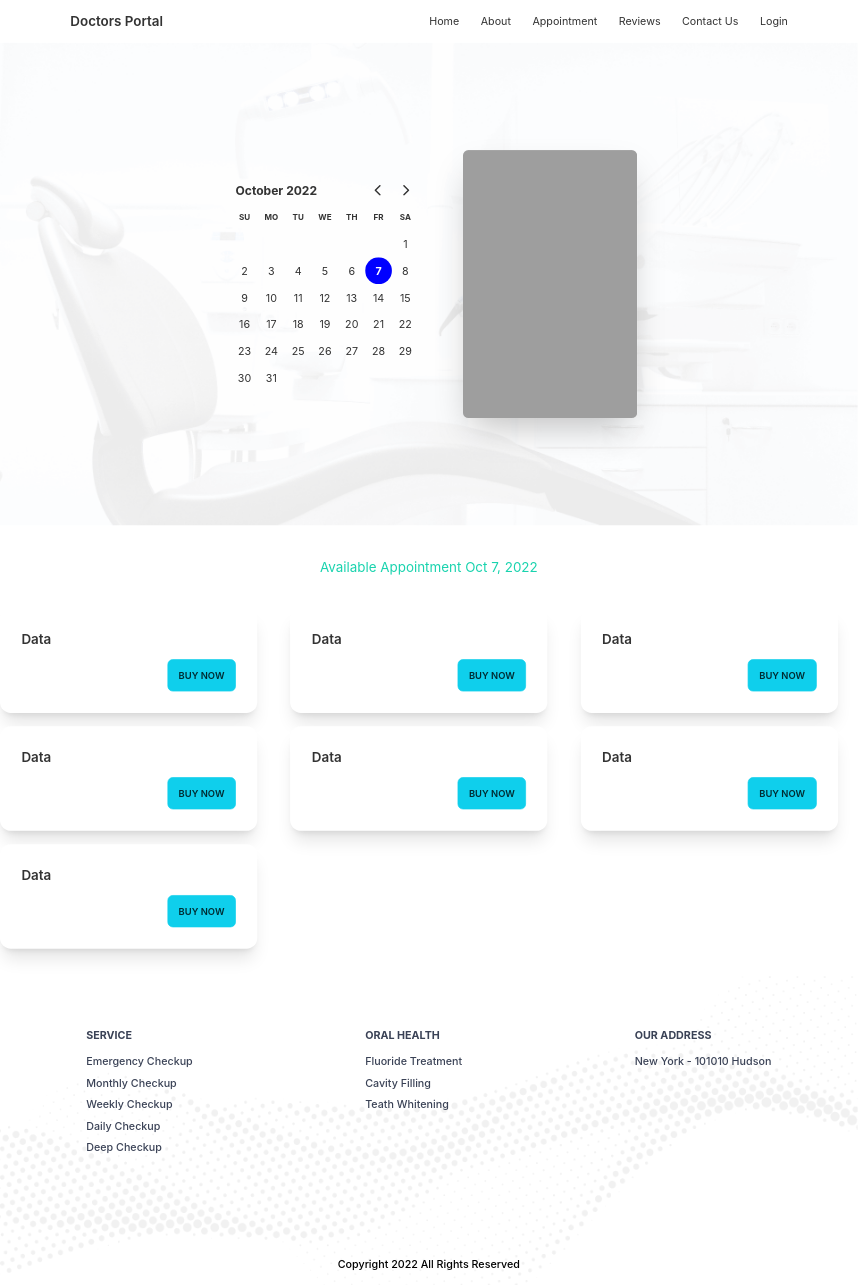
Repository: shikubro90/doctorsportal
Page: /appointment
These files come from the project's save history. The page is drawn as it stood at one moment and after a run of saves; the edit follows.
The browser window is 1280 px wide. The pictures show the whole page, at 67% of full size.
Pictures or frames that could not be fetched are drawn as grey boxes. The project was rebuilt for these pictures with package versions that can differ from the ones it lists, and the page was loaded fresh each time. Also part of the build but not shown: src/App.css, src/Pages/About/About.jsx, src/Shared/ButtonPrimary.jsx, src/Pages/Home/AppointmentCard.jsx, src/Pages/Home/AppointmentSection.jsx, src/Pages/Home/Banner.jsx, src/Pages/Home/MiniCard.jsx, src/Pages/Home/BasicInfo.jsx and 6 more.

Above is the page before, as saved 2022-10-07 14:00:29.

### src/App.js
import { Route, Routes } from 'react-router-dom';
import './App.css';
import About from './Pages/About/About';
import Appointment from './Pages/Appointment/Appointment';
import FooterSection from './Pages/Home/FooterSection';
import Home from './Pages/Home/Home';
import Navbar from './Shared/Navbar';

function App() {
  return (
    <div className="App">
      <Navbar/>
      <Routes>
        <Route path='/' element={<Home/>}/>
        <Route path='/home' element={<Home/>}/>
        <Route path='/about' element={<About/>}/>
        <Route path='/appointment' element={<Appointment/>}/>
      </Routes>
      <FooterSection/>
    </div>
  );
}

export default App;

### src/Pages/Appointment/Appointment.jsx
import { useState } from 'react'
import AppointmentBanner from './AppointmentBanner'
import AvailableAppointment from './AvailableAppointment'

const Appointment = () => {

  const [date, setDate] = useState(new Date())
  return (
    <div>
      <AppointmentBanner date={date} setDate={setDate}/>
      <AvailableAppointment date={date}/>
    </div>
  )
}

export default Appointment

### src/Pages/Home/FooterSection.jsx
import React from 'react'
import FooterSingleCard from './FooterSingleCard'
import { footerData } from '../../assets/resourse/Resourse'
import footerBg from '../../assets/images/footer.png'

const FooterSection = () => {
  return (
    <div
      className="main"
      style={{
        background: `url(${footerBg})`,
        backgroundSize: 'cover',
        backgroundPositionY: 'center',
      }}
    >
      <div className="lg:flex items-start justify-around py-[76px]">
        {footerData.map(({ id, title, list }) => {
          return <FooterSingleCard key={id} title={title} list={list} />
        })}
      </div>
      <div className="copyWrite flex items-center justify-center py-5 text-black font-medium">
        <span>Copyright 2022 All Rights Reserved</span>
      </div>
    </div>
  )
}

export default FooterSection

### src/Shared/Navbar.jsx
import React from 'react'
import { Link } from 'react-router-dom'

const Navbar = () => {
  return (
    <div className="lg:px-20">
      <div className="navbar bg-base-100">
        <div className="navbar-start">

          <div className="dropdown">
            <label tabIndex={0} className="btn btn-ghost lg:hidden">
              <svg
                xmlns="http://www.w3.org/2000/svg"
                className="h-5 w-5"
                fill="none"
                viewBox="0 0 24 24"
                stroke="currentColor"
              >
                <path
                  strokeLinecap="round"
                  strokeLinejoin="round"
                  strokeWidth="2"
                  d="M4 6h16M4 12h16M4 18h16"
                />
              </svg>
            </label>
            <ul
              tabIndex={0}
              className="menu menu-compact dropdown-content mt-3 p-2 shadow bg-base-100 rounded-box w-52"
            >
              <li>
                <Link to="/home">Home</Link>
              </li>
              <li>
                <Link to="/about">About</Link>
              </li>
              <li>
                <Link to="/appointment">Appointment</Link>
              </li>
              <li>
                <Link to="/review">Reviews</Link>
              </li>
              <li>
                <Link to="/contact">Contact Us</Link>
              </li>
              <li>
                <Link to="/contact">Login</Link>
              </li>
            </ul>
          </div>
          <Link to="/" className="btn btn-ghost normal-case text-xl">
            Doctors Portal
          </Link>
        </div>

        <div className="navbar-center hidden lg:flex">
          <ul className="menu menu-horizontal p-0 pl-20">
            <li>
              <Link to="/home">Home</Link>
            </li>
            <li>
              <Link to="/about">About</Link>
            </li>
            <li>
              <Link to="/appointment">Appointment</Link>
            </li>
            <li>
              <Link to="/review">Reviews</Link>
            </li>
            <li>
              <Link to="/contact">Contact Us</Link>
            </li>
            <li>
              <Link to="/contact">Login</Link>
            </li>
          </ul>
        </div>
      </div>
    </div>
  )
}

export default Navbar

### src/Pages/Appointment/AppointmentBanner.jsx
import bg from '../../assets/images/bg.png'
import { DayPicker } from 'react-day-picker'
import 'react-day-picker/dist/style.css'

const AppointmentBanner = ({date, setDate}) => {

  return (
    <div
      className="hero min-h-screen bg-base-200"
      style={{ background: `url(${bg})`, backgroundSize: 'cover' }}
    >
      <div className="hero-content flex-col lg:flex-row-reverse gap-[50px]">
        <img
          src="https://placeimg.com/260/400/arch"
          className="max-w-md rounded-lg shadow-2xl"
          alt="banner"
        />
        <div>
          <DayPicker mode="single" selected={date} onSelect={setDate} />
        </div>
      </div>
    </div>
  )
}

export default AppointmentBanner

### src/Pages/Appointment/AvailableAppointment.jsx
import format from 'date-fns/format'
import { useEffect, useState } from 'react'
import Services from './Services'

const AvailableAppointment = ({ date }) => {
  const [serviceData, setServiceData] = useState([])

  useEffect(() => {
    fetch('Services.json')
      .then((res) => {
        return res.json()
      })
      .then((data) => {
        return setServiceData(data)
      })
  }, [])

  return (
    <div className="my-10">
      <h3 className="my-12 text-xl text-secondary text-center">
        Available Appointment {format(date, 'PP')}{' '}
      </h3>
      <div className="grid grid-cols-1 md:grid-cols-2 lg:grid-cols-3 gap-5">
        {serviceData.map((service) => {
          return (
            <div key={service._id} className="div">
              <Services services={service}/>
            </div>
          )
        })}
      </div>
    </div>
  )
}

export default AvailableAppointment

### src/Pages/Home/FooterSingleCard.jsx
import React from 'react'
import { Link } from 'react-router-dom'

const FooterSingleCard = (props) => {
  const { title, list } = props
  return (
    <div className="sm:mb-[50px] main flex justify-start items-start">
      <div className="container flex flex-col">
        <div className="title font-bold text-accent uppercase lg:mb-3">{title}</div>
        <div className="list">
          <ul>
            {list.map(({ id, item }) => {
              return (
                <div key={id}>
                  <li className='text-accent py-1 lg:font-medium'><Link to="/">{item}</Link></li>
                </div>
              )
            })}
          </ul>
        </div>
      </div>
    </div>
  )
}

export default FooterSingleCard

### src/assets/resourse/Resourse.js
import clock from '../icons/clock.svg'
import marker from '../icons/marker.svg'
import phone from '../icons/phone.svg'

import cavity from '../images/cavity.png'
import fluorid from '../images/fluoride.png'
import whitening from '../images/whitening.png'

import doctor from '../images/doctor-small.png'
import treatment from '../images/treatment.png'

import bgImage from '../images/appointment.png'


import people1 from '../images/people1.png'
import people2 from '../images/people2.png'
import people3 from '../images/people3.png'

export const miniCard = [
  {
    id: 0,
    icon: clock,
    title: 'Opening Hours',
    disc: 'Lorem Ipsum is simply dummy text of the pri',
    style: 'bg-gradient-to-r from-secondary to-primary text-white',
  },

  {
    id: 1,
    icon: marker,
    title: 'Visit our location',
    disc: 'Lorem Ipsum is simply dummy text of the pri',
    style: 'bg-[#3A4256] text-white',
  },

  {
    id: 2,
    icon: phone,
    title: 'Contact us now',
    disc: 'Lorem Ipsum is simply dummy text of the pri',
    style: 'bg-gradient-to-r from-secondary to-primary text-white',
  },
]

export const serviceMiniCard = [
  {
    id: 0,
    icon: cavity,
    title: 'Fluoride Treatment',
    disc:
      'Lorem Ipsum is simply dummy printing and typesetting indust Ipsum has been the',
    style: '',
  },
  {
    id: 1,
    icon: fluorid,
    title: 'Cavity Filling',
    disc:
      'Lorem Ipsum is simply dummy printing and typesetting indust Ipsum has been the',
    style: '',
  },
  {
    id: 2,
    icon: whitening,
    title: 'Teeth Whitening',
    disc:
      'Lorem Ipsum is simply dummy printing and typesetting indust Ipsum has been the',
    style: '',
  },
]

export const appointment = [
  {
    id: 0,
    image: treatment,
    title: 'Exceptional Dental Care, on Your Terms',
    desc:
      'Lorem Ipsum is simply dummy text of the printing and typesetting industry. Lorem Ipsum has been the industry s standard dummy text ever since the 1500s, when an unknown printer took a galley of type and scrambled it to make a type specimen book. It has survived not only five centuries.',
    button_text: 'Get Start',
    style: '',
  },
  {
    id: 1,
    image: doctor,
    shortTitle: 'Appointment',
    title: 'Make an appointment Today',
    desc:
      'Lorem Ipsum is simply dummy text of the printing and typesetting industry. Lorem Ipsum has been the industry s standard dummy text ever since the 1500s, when an unknown printer took a galley of type and scrambled it to make a type specimen book. It has survived not only five centuries.',
    button_text: 'Get Start',
    style: bgImage,
  },
]

export const testimonial = [
    {
        id : 0,
        desc : "It is a long established fact that by the readable content of a lot layout. The point of using Lorem a more-or-less normal distribu to using Content here, content",
        image : people1,
        name : "Winson Herry",
        country : "California"
    },
    {
        id : 1,
        desc : "It is a long established fact that by the readable content of a lot layout. The point of using Lorem a more-or-less normal distribu to using Content here, content",
        image : people2,
        name : "Winson Herry",
        country : "California"
    },
    {
        id : 2,
        desc : "It is a long established fact that by the readable content of a lot layout. The point of using Lorem a more-or-less normal distribu to using Content here, content",
        image : people3,
        name : "Winson Herry",
        country : "California"
    },
]

export const footerData = [
  {
    id : 0,
    title : "Service",
    list : [
      {
        id : 0,
        item : "Emergency Checkup"
      },
      {
        id : 1,
        item : "Monthly Checkup"
      },
      {
        id : 2,
        item : "Weekly Checkup"
      },
      {
        id : 3,
        item : "Daily Checkup"
      },
      {
        id : 4,
        item : "Deep Checkup"
      },

    ]
  },
  {
    id : 1,
    title : "ORAL HEALTH",
    list : [
      {
        id : 0,
        item : "Fluoride Treatment"
      },
      {
        id : 1,
        item : "Cavity Filling"
      },
      {
        id : 2,
        item : "Teath Whitening"
      }
    ]
  },
  {
    id : 2,
    title : "OUR ADDRESS",
    list : [
      {
        id : 0,
        item : "New York - 101010 Hudson"
      }
    ]
  },
]

### src/Pages/Appointment/Services.jsx
import React from 'react'

const Services = ({services}) => {
    const {name, slots} = services
    console.log(name);
  return (
    <div className="card w-96 bg-base-100 shadow-xl">
      <div className="card-body">
        <h2 className="card-title">Data</h2>
        <p>
            {/* {slots.length > 0 ? <span>{slots[0]}</span>:<span>Try Another Date</span>} */}
        </p>
        <div className="card-actions justify-end">
          <button className="btn btn-primary">Buy Now</button>
        </div>
      </div>
    </div>
  )
}

export default Services

### tailwind.config.js
/** @type {import('tailwindcss').Config} */

module.exports = {
  content: ['./src/**/*.{js,jsx,ts,tsx}'],
  theme: {},
  daisyui: {
    themes: [
      {
        doctorstheme: {
          primary: '#0FCFEC',
          secondary: '#19D3AE',
          accent: '#3A4256',
          neutral: '#3d4451',
          'base-100': '#ffffff',
        },
      },
      'light',
      'cupcake',
    ],
  },
  plugins: [require('daisyui')],
}

### public/Services.json
[
  {
    "_id": 0,
    "name": "Teeth Orthodontics",
    "slots": [
      "8:00 AM - 8:30 AM",
      "8:00 AM - 9:00 AM",
      "9:00 AM - 9:30 AM",
      "9:30 AM - 10:00 AM",
      "10:00 AM - 10:30 AM"
    ]
  },
  {
    "_id": 1,
    "name": "Cosmetic Dentistry",
    "slots": [
      "8:00 AM - 8:30 AM",
      "8:00 AM - 9:00 AM",
      "9:00 AM - 9:30 AM",
      "9:30 AM - 10:00 AM",
      "10:00 AM - 10:30 AM"
    ]
  },
  {
    "_id": 2,
    "name": "Teeth Orthodontics",
    "slots": [
      "8:00 AM - 8:30 AM",
      "8:00 AM - 9:00 AM",
      "9:00 AM - 9:30 AM",
      "9:30 AM - 10:00 AM",
      "10:00 AM - 10:30 AM"
    ]
  },
  {
    "_id": 3,
    "name": "Oral surgery",
    "slots": [
      "8:00 AM - 8:30 AM",
      "8:00 AM - 9:00 AM",
      "9:00 AM - 9:30 AM",
      "9:30 AM - 10:00 AM",
      "10:00 AM - 10:30 AM"
    ]
  },
  {
    "_id": 4,
    "name": "Teeth Orthodontics",
    "slots": [
      "8:00 AM - 8:30 AM",
      "8:00 AM - 9:00 AM",
      "9:00 AM - 9:30 AM",
      "9:30 AM - 10:00 AM",
      "10:00 AM - 10:30 AM"
    ]
  },
  {
    "_id": 5,
    "name": "Teeth Orthodontics",
    "slots": [
      "8:00 AM - 8:30 AM",
      "8:00 AM - 9:00 AM",
      "9:00 AM - 9:30 AM",
      "9:30 AM - 10:00 AM",
      "10:00 AM - 10:30 AM"
    ]
  },
  {
    "_id": 6,
    "name": "Teeth Orthodontics",
    "slots": [
      "8:00 AM - 8:30 AM",
      "8:00 AM - 9:00 AM",
      "9:00 AM - 9:30 AM",
      "9:30 AM - 10:00 AM",
      "10:00 AM - 10:30 AM"
    ]
  }
]

Loaded but not shown: public/index.html (common file); src/index.js (common file); src/index.css (common file); src/reportWebVitals.js (common file)

After the next 5 saves:
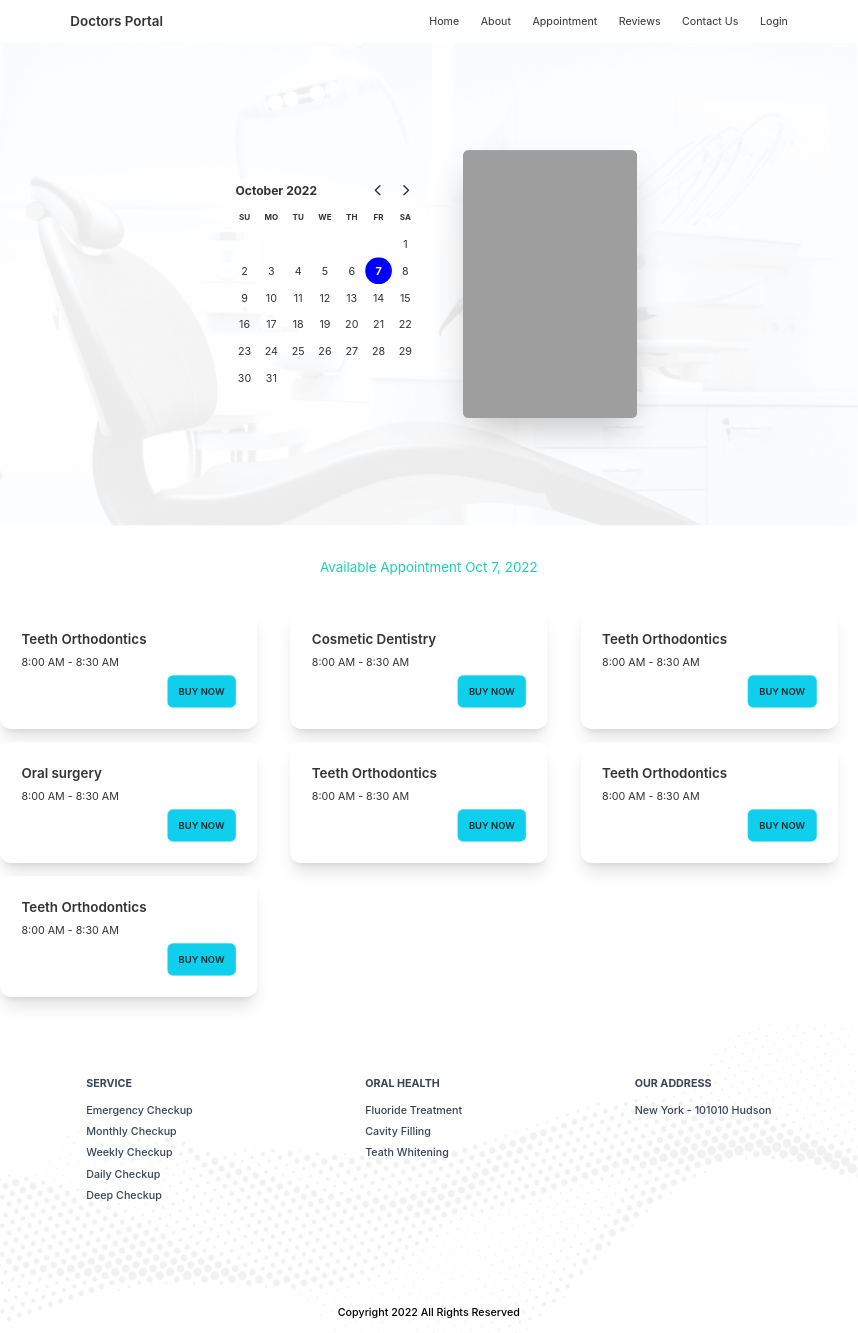
The 5 saves are shown as one change because they came seconds apart.
The last was saved 23 s later.
--- a/src/Pages/Appointment/Services.jsx
+++ b/src/Pages/Appointment/Services.jsx
@@ -6,9 +6,9 @@ const Services = ({services}) => {
   return (
     <div className="card w-96 bg-base-100 shadow-xl">
       <div className="card-body">
-        <h2 className="card-title">Data</h2>
+        <h2 className="card-title">{name}</h2>
         <p>
-            {/* {slots.length > 0 ? <span>{slots[0]}</span>:<span>Try Another Date</span>} */}
+            {slots.length > 0 ? <span>{slots[0]}</span>:<span>Try Another Date</span>}
         </p>
         <div className="card-actions justify-end">
           <button className="btn btn-primary">Buy Now</button>
